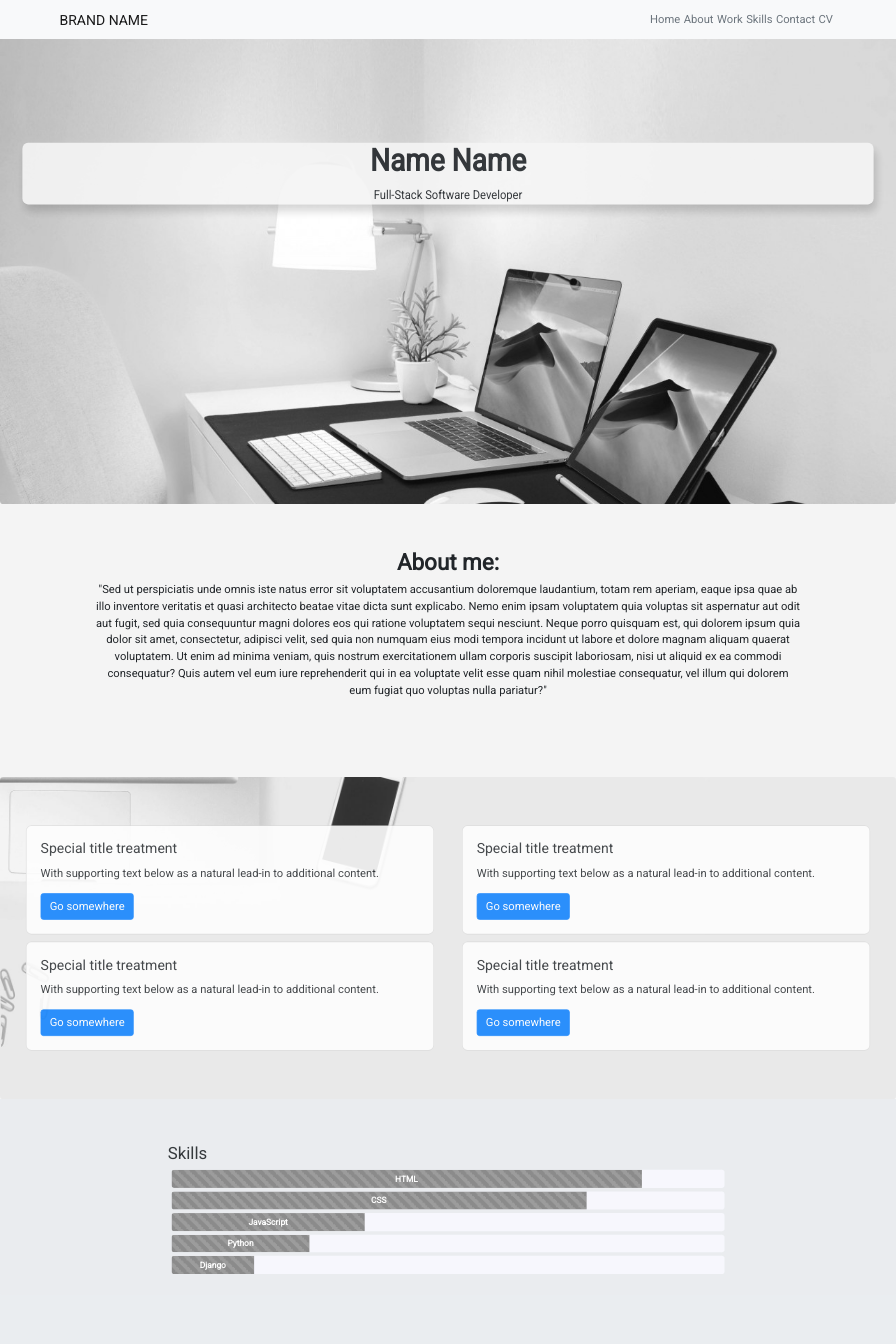
Repository: AlenKrga/milestone01
Page: index.html
The author's editor kept a record of every edit. The page is drawn from the files as they stood at one moment, then again after the next edit.
The browser window is 1280 px wide. The pictures show the part of the page from y = 0 to 1920 px (the page is 2668 px tall before and 2516 px after), at 70% of full size.
Backgrounds fixed to the window are drawn as part of the page. Some web libraries are served in a nearby version.

Above is the page before.

### index.html
<!doctype html>
<html lang="en-US">
  <head>
    <!-- Required meta tags -->
    <meta charset="utf-8">
    <meta name="viewport" content="width=device-width, initial-scale=1.0">
    <meta http-equiv="X-UA-Compatible" content="ie=edge">
    <!-- Bootstrap CSS -->
    <link rel="stylesheet" href="https://maxcdn.bootstrapcdn.com/bootstrap/4.0.0/css/bootstrap.min.css" integrity="sha384-Gn5384xqQ1aoWXA+058RXPxPg6fy4IWvTNh0E263XmFcJlSAwiGgFAW/dAiS6JXm" crossorigin="anonymous">
     <link href="assets/css/style.css" rel="stylesheet">
    <title>Hello, world!</title>
  </head>
  <body>
      <header>
       <!-- Navbar -->

    <nav class="navbar fixed-top navbar-expand-lg navbar-light bg-light navbar-default fixed-top">
        <div class="container">
            <a class="navbar-brand" href="index.html">BRAND NAME</a>
            <button class="navbar-toggler navbar-toggler-right" type="button" data-toggle="collapse" data-target="#navbarResponsive" aria-controls="navbarResponsive" aria-expanded="false" aria-label="Toggle navigation">
            <span class="navbar-toggler-icon"></span>
          </button>
            <div class="collapse navbar-collapse" id="navbarResponsive">
                <ul class="navbar-nav ml-auto">
                    <li class="nav-item">
                        <a class="text-secondary" href="index.html">Home</a>
                    </li>
                    <li class="nav-item">
                        <a class="text-secondary" href="#about-me">About</a>
                    </li>
                    <li class="nav-item">
                        <a class="text-secondary" href="#work">Work</a>
                    </li>
                    <li class="nav-item">
                        <a class="text-secondary" href="#skills">Skills</a>
                    </li>
                    <li class="nav-item">
                        <a class="text-secondary" href="#contact">Contact</a>
                    </li>
                    <li class="nav-item">
                        <a class="text-secondary" href="#">CV</a>
                    </li>
                </ul>
            </div>
        </div>
    </nav>

    <!--End Navbar-->
         </header>
   <!-- Page Content -->
   <!-- Introduction -->

    <div class="container-fluid jumbotron" id="background-position1">
        <br>
        <br>
        <br>
        <br>
        <br>
        <br>
        <div class="introduction">
        <h1 class="text-center font-weight-bold">Name Name</h1>
        <p class="text-center font-weight-light">Full-Stack Software Developer</p>
        </div>
      </div>


    <!-- ABOUT ME -->

    <div class="container-fluid jumbotron bg-transparent">
        <div class="row justify-content-center">
        <div class="col-sm-10">
        <div id="about-me">
        <h2 class="text-center font-weight-bold"> About me:</h2>
        <p class="text-center font-weight-light">"Sed ut perspiciatis unde omnis iste natus error sit voluptatem accusantium doloremque laudantium, totam rem aperiam, eaque ipsa quae ab illo inventore veritatis et quasi architecto beatae vitae dicta sunt explicabo. Nemo enim ipsam voluptatem quia voluptas sit aspernatur aut odit aut fugit, sed quia consequuntur magni dolores eos qui ratione voluptatem sequi nesciunt. Neque porro quisquam est, qui dolorem ipsum quia dolor sit amet, consectetur, adipisci velit, sed quia non numquam eius modi tempora incidunt ut labore et dolore magnam aliquam quaerat voluptatem. Ut enim ad minima veniam, quis nostrum exercitationem ullam corporis suscipit laboriosam, nisi ut aliquid ex ea commodi consequatur? Quis autem vel eum iure reprehenderit qui in ea voluptate velit esse quam nihil molestiae consequatur, vel illum qui dolorem eum fugiat quo voluptas nulla pariatur?"</p>
        </div>
        </div>
        </div>

    </div>


    <!-- Work -->

    <div id="work">
    <div class="container-fluid jumbotron mb-0" id="background-position2">



  <div class="row">
  <div class="col-sm-6">
    <div class="card">
      <div class="card-body">
        <h5 class="card-title">Special title treatment</h5>
        <p class="card-text">With supporting text below as a natural lead-in to additional content.</p>
        <a href="#" class="btn btn-primary">Go somewhere</a>
      </div>
    </div>
  </div>
  <div class="col-sm-6">
    <div class="card">
      <div class="card-body">
        <h5 class="card-title">Special title treatment</h5>
        <p class="card-text">With supporting text below as a natural lead-in to additional content.</p>
        <a href="#" class="btn btn-primary">Go somewhere</a>
      </div>
    </div>
  </div>
</div>
  <div class="row">
  <div class="col-sm-6">
    <div class="card">
      <div class="card-body">
        <h5 class="card-title">Special title treatment</h5>
        <p class="card-text">With supporting text below as a natural lead-in to additional content.</p>
        <a href="#" class="btn btn-primary">Go somewhere</a>
      </div>
    </div>
  </div>
  <div class="col-sm-6">
    <div class="card">
      <div class="card-body">
        <h5 class="card-title">Special title treatment</h5>
        <p class="card-text">With supporting text below as a natural lead-in to additional content.</p>
        <a href="#" class="btn btn-primary">Go somewhere</a>
      </div>
    </div>
  </div>
</div>
    </div>


    <!-- My Progress -->
<div id="skills">

<div class="container-fluid jumbotron">
    <div class="row justify-content-center">
  <div class="col-sm-8">
    <h4>
        Skills
    </h4>
<div class="progress">
  <div class="progress-bar progress-bar-striped progress-bar-animated" role="progressbar" style="width: 85%" aria-valuenow="10" aria-valuemin="0" aria-valuemax="100">HTML</div>
</div>
<div class="progress">
  <div class="progress-bar progress-bar-striped progress-bar-animated" role="progressbar" style="width: 75%" aria-valuenow="25" aria-valuemin="0" aria-valuemax="100">CSS</div>
</div>
<div class="progress">
  <div class="progress-bar progress-bar-striped progress-bar-animated" role="progressbar" style="width: 35%" aria-valuenow="50" aria-valuemin="0" aria-valuemax="100">JavaScript</div>
</div>
<div class="progress">
  <div class="progress-bar progress-bar-striped progress-bar-animated" role="progressbar" style="width: 25%" aria-valuenow="75" aria-valuemin="0" aria-valuemax="100">Python</div>
</div>
<div class="progress">
  <div class="progress-bar progress-bar-striped progress-bar-animated" role="progressbar" style="width: 15%" aria-valuenow="100" aria-valuemin="0" aria-valuemax="100">Django</div>
</div>
</div>
</div>
    </div>
        </div>

<!-- contact me -->
<div id="contact">


    <div class="container">
        <div class="row">
<div class="col-sm-6">
    <div class="form-area">
        <form role="form">
        <br style="clear:both">
                    <h3 style="margin-bottom: 25px; text-align: center;">Contact Form</h3>
    				<div class="form-group">
						<input type="text" class="form-control" id="name" name="name" placeholder="Name" required>
					</div>
					<div class="form-group">
						<input type="text" class="form-control" id="email" name="email" placeholder="Email" required>
					</div>
					<div class="form-group">
						<input type="text" class="form-control" id="mobile" name="mobile" placeholder="Mobile Number" required>
					</div>
					<div class="form-group">
						<input type="text" class="form-control" id="subject" name="subject" placeholder="Subject" required>
					</div>
                    <div class="form-group">
                    <textarea class="form-control" type="textarea" id="message" placeholder="Message" maxlength="140" rows="7"></textarea>
                        <br>
                     <button type="button" id="submit" name="submit" class="btn btn-primary pull-right">Submit Form</button>
                    </div>


        </form>
    </div>

    </div>
</div>
    </div>

 <!-- footer -->
    <footer>
    <div class="container-fluid jumbotron mb-0">
    <div class="row justify-content-center">
  <div class="col-sm-6">
    <i class="fab fa-facebook fa-3x"></i>
      <i class="fab fa-linkedin fa-3x"></i>
      <i class="fas fa-file-download fa-3x"></i>
        </div>
    </div>
    </div>


</footer>


    <!-- Optional JavaScript -->
    <!-- jQuery first, then Popper.js, then Bootstrap JS -->
    <script src="https://code.jquery.com/jquery-3.2.1.slim.min.js" integrity="sha384-KJ3o2DKtIkvYIK3UENzmM7KCkRr/rE9/Qpg6aAZGJwFDMVNA/GpGFF93hXpG5KkN" crossorigin="anonymous"></script>
    <script src="https://cdnjs.cloudflare.com/ajax/libs/popper.js/1.12.9/umd/popper.min.js" integrity="sha384-ApNbgh9B+Y1QKtv3Rn7W3mgPxhU9K/ScQsAP7hUibX39j7fakFPskvXusvfa0b4Q" crossorigin="anonymous"></script>
    <script src="https://maxcdn.bootstrapcdn.com/bootstrap/4.0.0/js/bootstrap.min.js" integrity="sha384-JZR6Spejh4U02d8jOt6vLEHfe/JQGiRRSQQxSfFWpi1MquVdAyjUar5+76PVCmYl" crossorigin="anonymous"></script>
    <script src="https://kit.fontawesome.com/89bab4cfa2.js"></script>
  </body>
</html>

### assets/css/style.css
@import url('https://fonts.googleapis.com/css?family=Roboto&display=swap');

html {
  scroll-behavior: smooth;
}

body {
    margin: 0;
    padding: 0;
    background-color: #f4f4f4;
    font-family: 'Roboto', sans-serif;
}



/*links*/
a {
    padding-right: 5px;
}


.introduction {
    background-color: whitesmoke;
    border-radius: 8px;
    opacity: 0.90;
    box-shadow: 4px 9px 12px 0px rgba(0,0,0,0.18);
    transform: scale(1, 1.1);



}

#background-position1 {
    background-image: url("../images/bg1.jpg");
    background-attachment: fixed;
    background-size: cover;
    background-position: center center;
    background-repeat: no-repeat;
    height: 100vh;
    margin-bottom: 0px;
    z-index: 1;
}

#background-position2 {
    background-image: url("../images/bg3.jpg");
     background-attachment: fixed;
    background-size: cover;
    background-position: center center;
    background-repeat: no-repeat;



}

#contact {





}





#work {
    background-color: whitesmoke;
    border-radius: 8px;
    opacity: 0.90;




}


/*progres*/


.progress {
    margin: 5px;
    background-color: ghostwhite;
    height: 17%;
    font-weight: bold;
}

.progress-bar {
    background-color: gray;

}

.card {
    opacity: 0.90;
    border-radius: 8px;
    margin: 5px;
}



/*icons*/

.fa-facebook {
    color: dimgray;
}



.fa-linkedin {
    color: dimgray;
}

.fa-file-download {
    color: dimgray
}






#skills {

    padding-bottom: 50px;
    background-color: #E9EDF0;
}

@media (min-width: 992px) {
    #contact {
        background-image: url('../images/bgemail.jpg');
        background-attachment: fixed;
        background-size: cover;
        background-position: center center;
        background-repeat: no-repeat;
    }
}

After the next edit:
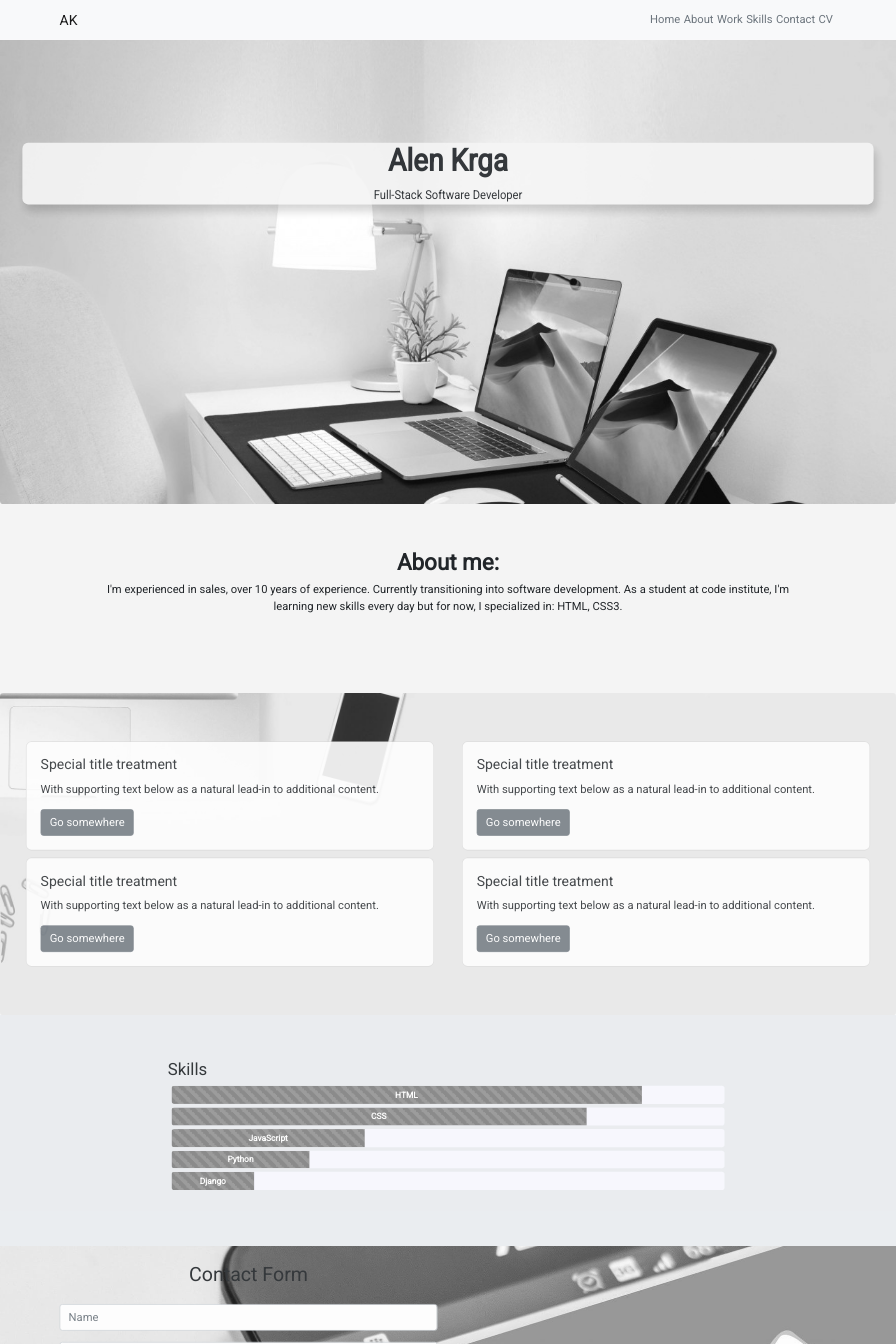
The edit:
--- a/index.html
+++ b/index.html
@@ -8,7 +8,7 @@
     <!-- Bootstrap CSS -->
     <link rel="stylesheet" href="https://maxcdn.bootstrapcdn.com/bootstrap/4.0.0/css/bootstrap.min.css" integrity="sha384-Gn5384xqQ1aoWXA+058RXPxPg6fy4IWvTNh0E263XmFcJlSAwiGgFAW/dAiS6JXm" crossorigin="anonymous">
      <link href="assets/css/style.css" rel="stylesheet">
-    <title>Hello, world!</title>
+    <title>Alen Krga</title>
   </head>
   <body>
       <header>
@@ -16,14 +16,14 @@
 
     <nav class="navbar fixed-top navbar-expand-lg navbar-light bg-light navbar-default fixed-top">
         <div class="container">
-            <a class="navbar-brand" href="index.html">BRAND NAME</a>
+            <a class="navbar-brand" href="#home">AK</a>
             <button class="navbar-toggler navbar-toggler-right" type="button" data-toggle="collapse" data-target="#navbarResponsive" aria-controls="navbarResponsive" aria-expanded="false" aria-label="Toggle navigation">
             <span class="navbar-toggler-icon"></span>
           </button>
             <div class="collapse navbar-collapse" id="navbarResponsive">
                 <ul class="navbar-nav ml-auto">
                     <li class="nav-item">
-                        <a class="text-secondary" href="index.html">Home</a>
+                        <a class="text-secondary" href="#home">Home</a>
                     </li>
                     <li class="nav-item">
                         <a class="text-secondary" href="#about-me">About</a>
@@ -57,8 +57,8 @@
         <br>
         <br>
         <br>
-        <div class="introduction">
-        <h1 class="text-center font-weight-bold">Name Name</h1>
+        <div class="introduction" id="home">
+        <h1 class="text-center font-weight-bold">Alen Krga</h1>
         <p class="text-center font-weight-light">Full-Stack Software Developer</p>
         </div>
       </div>
@@ -68,14 +68,16 @@
 
     <div class="container-fluid jumbotron bg-transparent">
         <div class="row justify-content-center">
-        <div class="col-sm-10">
+        <div class="col-sm-10 col-lg-10">
         <div id="about-me">
         <h2 class="text-center font-weight-bold"> About me:</h2>
-        <p class="text-center font-weight-light">"Sed ut perspiciatis unde omnis iste natus error sit voluptatem accusantium doloremque laudantium, totam rem aperiam, eaque ipsa quae ab illo inventore veritatis et quasi architecto beatae vitae dicta sunt explicabo. Nemo enim ipsam voluptatem quia voluptas sit aspernatur aut odit aut fugit, sed quia consequuntur magni dolores eos qui ratione voluptatem sequi nesciunt. Neque porro quisquam est, qui dolorem ipsum quia dolor sit amet, consectetur, adipisci velit, sed quia non numquam eius modi tempora incidunt ut labore et dolore magnam aliquam quaerat voluptatem. Ut enim ad minima veniam, quis nostrum exercitationem ullam corporis suscipit laboriosam, nisi ut aliquid ex ea commodi consequatur? Quis autem vel eum iure reprehenderit qui in ea voluptate velit esse quam nihil molestiae consequatur, vel illum qui dolorem eum fugiat quo voluptas nulla pariatur?"</p>
-        </div>
-        </div>
-        </div>
-
+        <p class="text-center font-weight-light">I'm experienced in sales, over 10 years of experience.
+Currently transitioning into software development.
+As a student at code institute, I'm learning new skills every day
+but for now, I specialized in: HTML, CSS3. </p>
+        </div>
+        </div>
+        </div>
     </div>
 
 
@@ -92,16 +94,16 @@
       <div class="card-body">
         <h5 class="card-title">Special title treatment</h5>
         <p class="card-text">With supporting text below as a natural lead-in to additional content.</p>
-        <a href="#" class="btn btn-primary">Go somewhere</a>
-      </div>
-    </div>
-  </div>
-  <div class="col-sm-6">
-    <div class="card">
-      <div class="card-body">
-        <h5 class="card-title">Special title treatment</h5>
-        <p class="card-text">With supporting text below as a natural lead-in to additional content.</p>
-        <a href="#" class="btn btn-primary">Go somewhere</a>
+        <a href="#" class="btn btn-secondary">Go somewhere</a>
+      </div>
+    </div>
+  </div>
+  <div class="col-sm-6">
+    <div class="card">
+      <div class="card-body">
+        <h5 class="card-title">Special title treatment</h5>
+        <p class="card-text">With supporting text below as a natural lead-in to additional content.</p>
+        <a href="#" class="btn btn-secondary">Go somewhere</a>
       </div>
     </div>
   </div>
@@ -112,16 +114,16 @@
       <div class="card-body">
         <h5 class="card-title">Special title treatment</h5>
         <p class="card-text">With supporting text below as a natural lead-in to additional content.</p>
-        <a href="#" class="btn btn-primary">Go somewhere</a>
-      </div>
-    </div>
-  </div>
-  <div class="col-sm-6">
-    <div class="card">
-      <div class="card-body">
-        <h5 class="card-title">Special title treatment</h5>
-        <p class="card-text">With supporting text below as a natural lead-in to additional content.</p>
-        <a href="#" class="btn btn-primary">Go somewhere</a>
+        <a href="#" class="btn btn-secondary">Go somewhere</a>
+      </div>
+    </div>
+  </div>
+  <div class="col-sm-6">
+    <div class="card">
+      <div class="card-body">
+        <h5 class="card-title">Special title treatment</h5>
+        <p class="card-text">With supporting text below as a natural lead-in to additional content.</p>
+        <a href="#" class="btn btn-secondary">Go somewhere</a>
       </div>
     </div>
   </div>
@@ -132,7 +134,7 @@
     <!-- My Progress -->
 <div id="skills">
 
-<div class="container-fluid jumbotron">
+<div class="container-fluid jumbotron mb-0">
     <div class="row justify-content-center">
   <div class="col-sm-8">
     <h4>
@@ -164,7 +166,7 @@
 
     <div class="container">
         <div class="row">
-<div class="col-sm-6">
+<div class="col-sm-12 col-lg-6 ">
     <div class="form-area">
         <form role="form">
         <br style="clear:both">
@@ -184,7 +186,7 @@
                     <div class="form-group">
                     <textarea class="form-control" type="textarea" id="message" placeholder="Message" maxlength="140" rows="7"></textarea>
                         <br>
-                     <button type="button" id="submit" name="submit" class="btn btn-primary pull-right">Submit Form</button>
+                     <button type="button" id="submit" name="submit" class="btn btn-secondary pull-right">Submit Form</button>
                     </div>
 
 
@@ -199,10 +201,10 @@
     <footer>
     <div class="container-fluid jumbotron mb-0">
     <div class="row justify-content-center">
-  <div class="col-sm-6">
-    <i class="fab fa-facebook fa-3x"></i>
-      <i class="fab fa-linkedin fa-3x"></i>
-      <i class="fas fa-file-download fa-3x"></i>
+  <div class="col-">
+      <a href="https://www.facebook.com/" target="_blank"><i class="fab fa-facebook fa-3x"></i></a>
+      <a href="https://www.linkedin.com/" target="_blank"><i class="fab fa-linkedin fa-3x"></i></a>
+          <i class="fas fa-file-download fa-3x"></i>
         </div>
     </div>
     </div>
